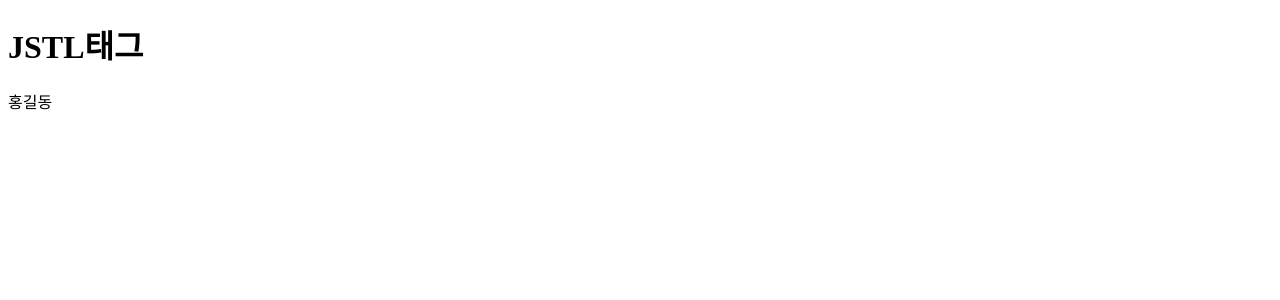
Repository: HwangEojin/homework
Page: http://localhost/day03/jstlTest2.jsp
These files come from the project's save history. The page is drawn as it stood at one moment and after the next save; the edit follows.
The browser window is 1280 px wide. The pictures show the whole page.
The page is served by Tomcat 9.

Above is the page before, as saved 2025-01-14 05:48:18.

After the next save:
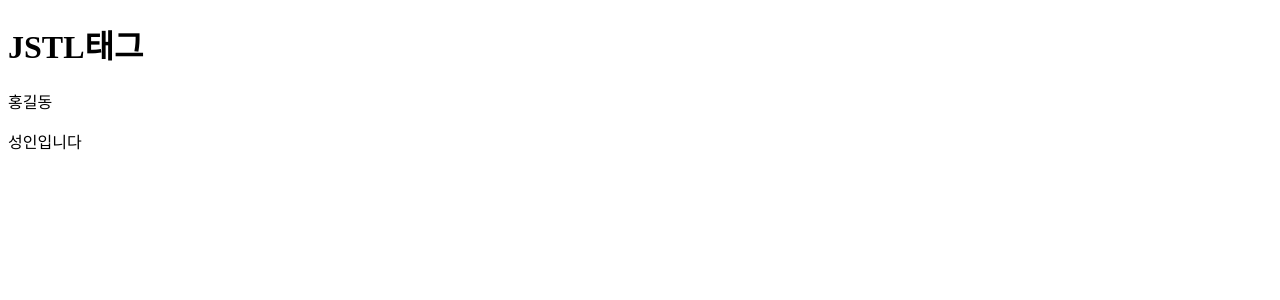
Saved 32 s later.
--- a/week09/day03/src/main/webapp/jstlTest2.jsp
+++ b/week09/day03/src/main/webapp/jstlTest2.jsp
@@ -13,7 +13,7 @@
 	<c:set var="age" value="20"></c:set>
 
 	<c:out value="${name}"></c:out>
-	<c:if test="${age>20}">
+	<c:if test="${age >= 20}">
 		<p>성인입니다</p>
 	</c:if>
 </body>
